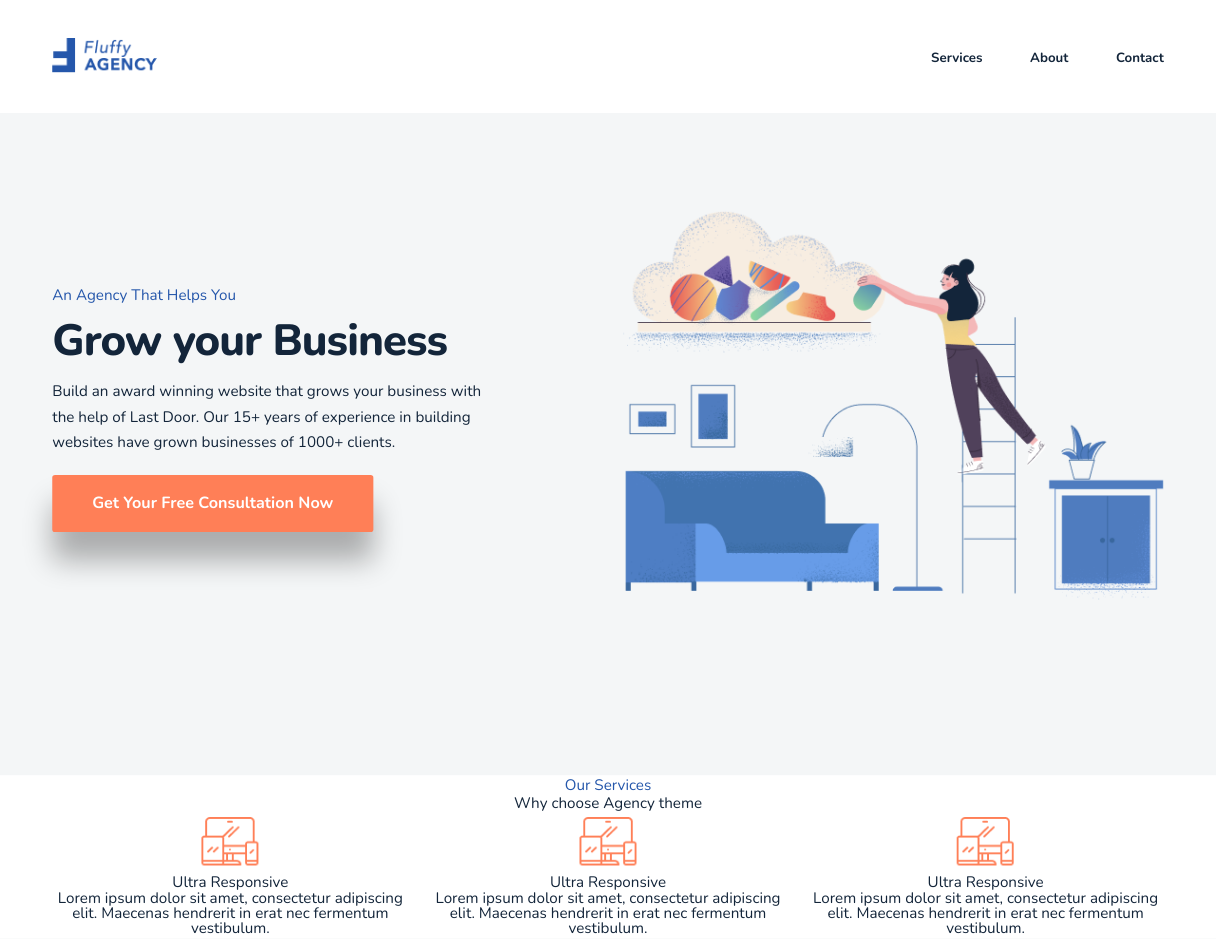
Repository: pixendrit/beetroot-fe-g1
Page: classwork/11 - Creating forms/fluffy-agency/index.html
An editor plug-in stored every save of this project. The page is shown before and after the next save, followed by the edit.
The browser window is 1280 px wide. The pictures show the whole page, at 95% of full size.

Above is the page before, as saved 2021-02-06 12:17:51.

### classwork/11 - Creating forms/fluffy-agency/index.html
<!DOCTYPE html>
<html lang="en">

<head>
  <meta charset="UTF-8">
  <meta http-equiv="X-UA-Compatible" content="IE=edge">
  <meta name="viewport" content="width=device-width, initial-scale=1.0">
  <link rel="preconnect" href="https://fonts.gstatic.com">
  <link href="https://fonts.googleapis.com/css2?family=Nunito:ital,wght@0,300;0,400;0,600;0,700;0,800;1,300;1,400;1,600;1,700;1,800&display=swap" rel="stylesheet">
  <link rel="stylesheet" href="./styles/style.css">
  <title>Fluffy Agency</title>
</head>

<body>
  <header class="main-header">
    <div class="container">
      <div class="flex-container">
        <a href="index.html" class="logo"><img src="./images/logo.png" alt="fluffy"></a>
        <nav class="main-nav">
          <ul>
            <li><a href="#">Services</a></li>
            <li><a href="#">About</a></li>
            <li><a href="#">Contact</a></li>
          </ul>
        </nav>
      </div>
    </div>
  </header>
  <main class="main-content">
    <section class="hero">
      <div class="container">
        <div class="flex-container">
          <div class="hero__text">
            <span>An Agency That Helps You</span>
            <h1>Grow your Business</h1>
            <p>Build an award winning website that grows your business with the help of Last Door. Our 15+ years of experience in building websites have grown businesses of 1000+
              clients.</p>
            <a href="#" class="btn">Get Your Free Consultation Now</a>
          </div>
          <div class="hero__image"><img src="./images/uploading-illustration.png" alt="uploading-illustration"></div>
        </div>
      </div>
    </section>
    <section class="services full-block">
      <div class="container">
        <div class="services__headline">
          <span>Our Services</span>
          <h2>Why choose Agency theme</h2>
        </div>
        <div class="flex-container">
          <div class="service-box">
            <div class="service-box__icon">
              <img src="./images/icon-ultra-responsive.png" alt="icon-ultra-responsive">
            </div>
            <div class="service-box__content">
              <h4>Ultra Responsive</h4>
              <p>Lorem ipsum dolor sit amet, consectetur adipiscing elit. Maecenas hendrerit in erat nec fermentum vestibulum.</p>
            </div>
          </div>
          <div class="service-box">
            <div class="service-box__icon">
              <img src="./images/icon-ultra-responsive.png" alt="icon-ultra-responsive">
            </div>
            <div class="service-box__content">
              <h4>Ultra Responsive</h4>
              <p>Lorem ipsum dolor sit amet, consectetur adipiscing elit. Maecenas hendrerit in erat nec fermentum vestibulum.</p>
            </div>
          </div>
          <div class="service-box">
            <div class="service-box__icon">
              <img src="./images/icon-ultra-responsive.png" alt="icon-ultra-responsive">
            </div>
            <div class="service-box__content">
              <h4>Ultra Responsive</h4>
              <p>Lorem ipsum dolor sit amet, consectetur adipiscing elit. Maecenas hendrerit in erat nec fermentum vestibulum.</p>
            </div>
          </div>
        </div>
      </div>
    </section>
  </main>
  <footer class="main-footer"></footer>
</body>

</html>

### classwork/11 - Creating forms/fluffy-agency/styles/style.css
html, body, div, span, applet, object, iframe,
h1, h2, h3, h4, h5, h6, p, blockquote, pre,
a, abbr, acronym, address, big, cite, code,
del, dfn, em, img, ins, kbd, q, s, samp,
small, strike, strong, sub, sup, tt, var,
b, u, i, center,
dl, dt, dd, ol, ul, li,
fieldset, form, label, legend,
table, caption, tbody, tfoot, thead, tr, th, td,
article, aside, canvas, details, embed,
figure, figcaption, footer, header, hgroup,
menu, nav, output, ruby, section, summary,
time, mark, audio, video {
	margin: 0;
	padding: 0;
	border: 0;
	font-size: 100%;
	font: inherit;
	vertical-align: baseline;
}
/* HTML5 display-role reset for older browsers */
article, aside, details, figcaption, figure,
footer, header, hgroup, menu, nav, section {
	display: block;
}
body {
	line-height: 1;
}
ol, ul {
	list-style: none;
}
blockquote, q {
	quotes: none;
}
blockquote:before, blockquote:after,
q:before, q:after {
	content: '';
	content: none;
}
table {
	border-collapse: collapse;
	border-spacing: 0;
}
*,*:before,*:after {
  box-sizing: border-box;
}
/* ============================================ */

body {
 font-family: 'Nunito', sans-serif;
 color: #13253A;
 font-size: 16px;
}
.container {
  max-width: 1170px;
  width: 100%;
  margin: 0 auto;
}
.full-block {
  float: left;
  width: 100%;
}

/* HEADER */
.main-header {
  float: left;
  width: 100%;
  padding-top:40px;
  padding-bottom:40px;
}
.main-header .flex-container {
  width: 100%;
  display: flex;
  align-items: center;
  justify-content: space-between;
}
.main-nav li {
  margin-right:50px;
}
.main-nav li:last-child {
  margin-right: 0;
}
.main-nav a {
  text-decoration: none;
  font-size: 14px;
  font-weight: 700;
  color: #13253A;
}
.main-nav a:hover {
  color: #FF7F57;
}
.main-nav ul {
  display: inline-flex;
}
/* END HEADER */
/* HERO BANNER */
.hero {
  float: left;
  width: 100%;
  background: #F4F6F7;
  padding-top: 103px;
  padding-bottom: 178px;
}
.hero .flex-container {
  display: flex;
  justify-content: space-between;
  align-items: center;
}
.hero__image {
  flex-shrink: 0;
  flex-grow: 0;
}
.hero__text {
  padding-right:130px;
}
.hero span {
  float: left;
  width: 100%;
  font-size: 16px;
  line-height: 1.4em;
  color: #2557AB;
  margin-bottom: 5px;
}
.hero h1 {
  font-size: 46px;
  line-height: 1.33em;
  letter-spacing: -1px;
  color: #13253A;
  font-weight: 800;
  margin-bottom: 10px;
}
.hero p{
  font-size: 16px;
  line-height: 169%;
  color: #13253A;
  margin-bottom: 20px;
}
.hero .btn {
  background: #FF7F57;
  box-shadow: 0px 30px 30px rgba(0, 0, 0, 0.3);
  border-radius: 3px;
  height: 60px;
  display: flex;
  align-items: center;
  justify-content: center;
  float: left;
  text-decoration: none;
  color: white;
  font-weight: 700;
  font-size: 17px;
  padding-left: 42px;
  padding-right: 42px;
}
/* END HERO BANNER */
/* SERVICES */
.services .flex-container {
  width: 100%;
  display: flex;
  justify-content: space-between;
}
.services__headline {
  float: left;
  width: 100%;
  text-align: center;
}
.services__headline span {
  font-weight: 500;
  font-size: 16px;
  line-height: 1.4em;
  color: #2557AB;
}
.service-box {
  width: calc(33.333333% - 15px);
  display: flex;
  justify-content: center;
  flex-wrap: wrap;
  text-align: center;
 }
/* END SERVICES */

After the next save:
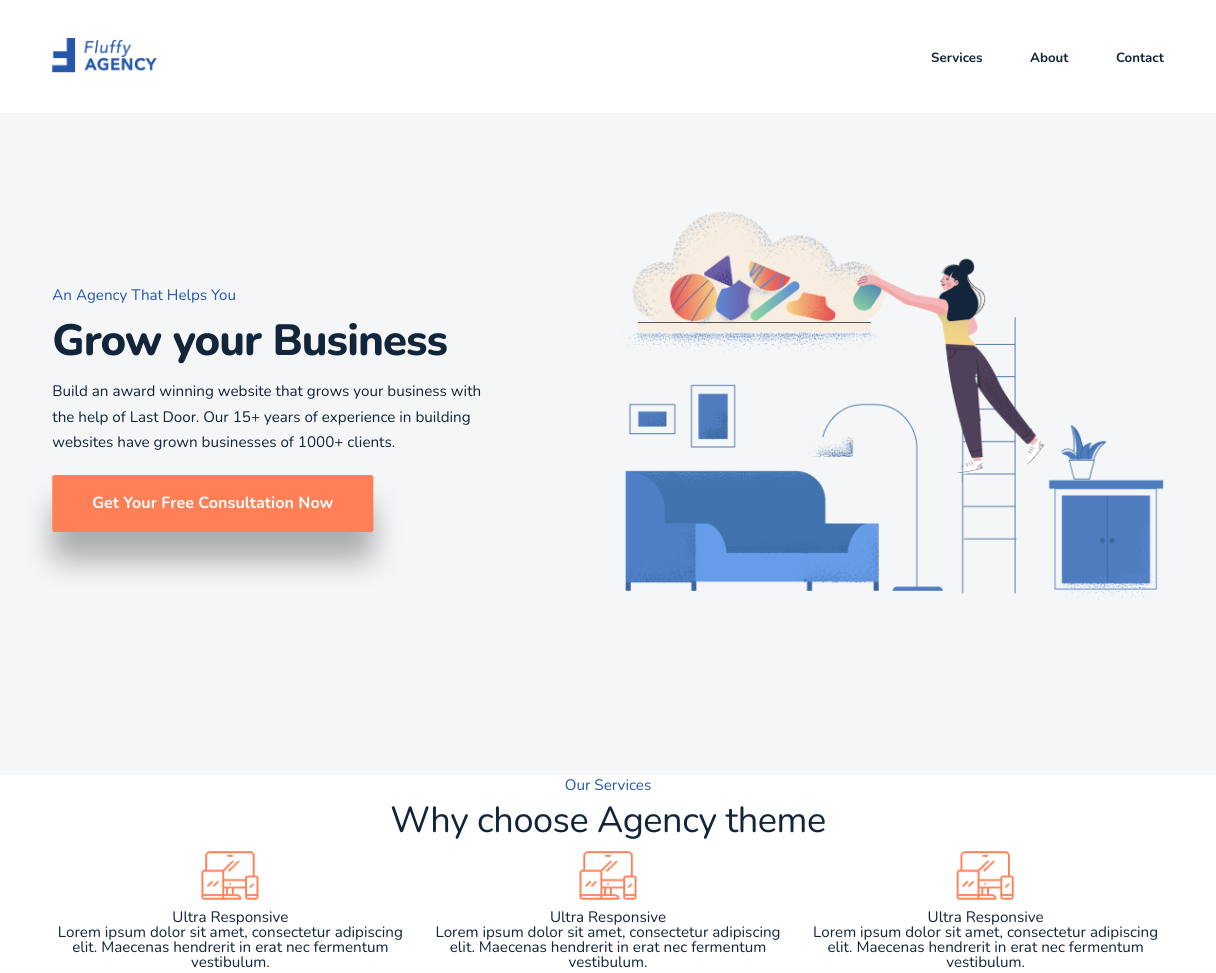
Saved 19 s later.
--- a/classwork/11 - Creating forms/fluffy-agency/styles/style.css
+++ b/classwork/11 - Creating forms/fluffy-agency/styles/style.css
@@ -169,6 +169,13 @@
   line-height: 1.4em;
   color: #2557AB;
 }
+.services__headline h2 {
+  font-size: 38px;
+  line-height: 52px;
+  text-align: center;
+  letter-spacing: -0.5px;
+  color: #13253A;
+}
 .service-box {
   width: calc(33.333333% - 15px);
   display: flex;
